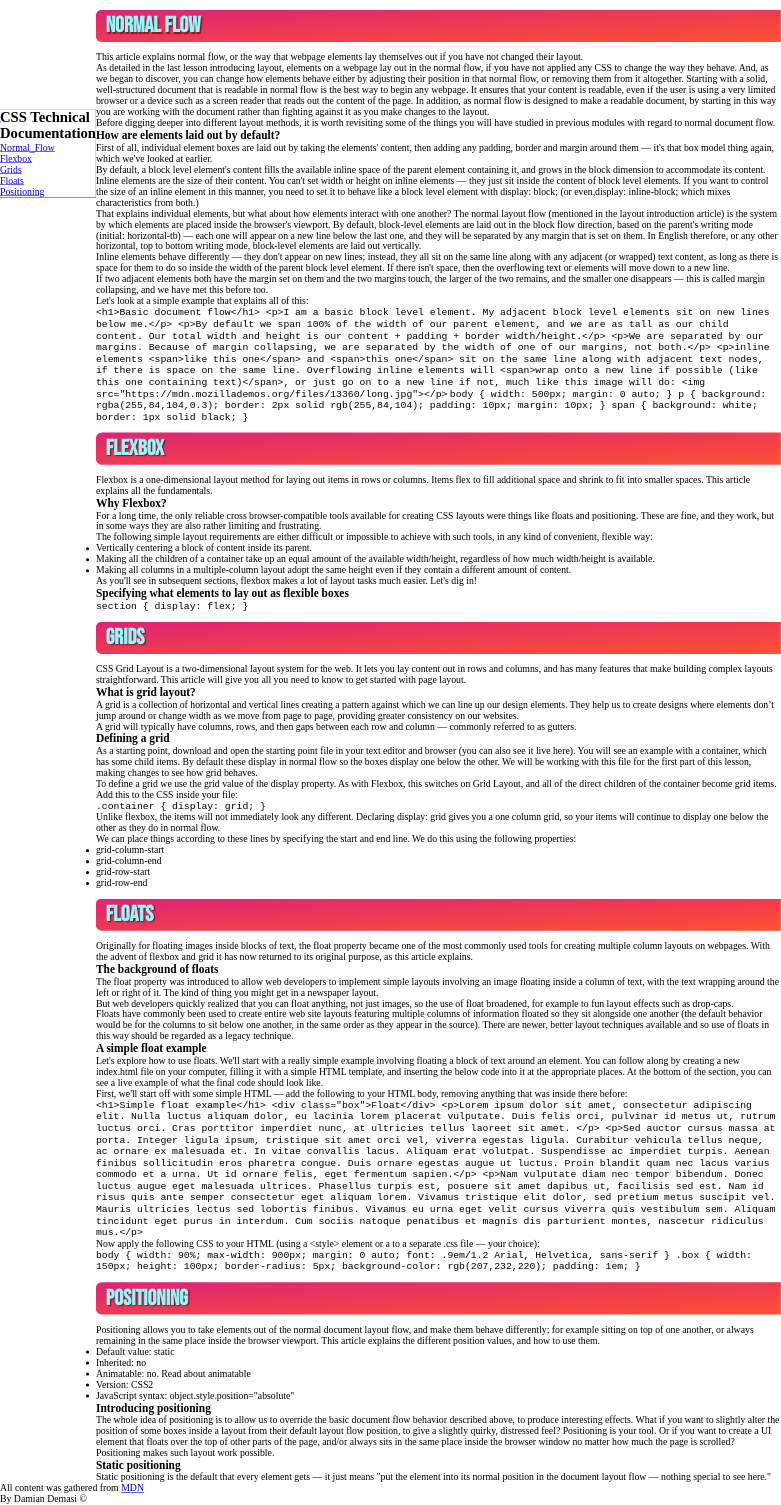
Repository: Colo-Codes/freecodecamp-04-Technical-Documentation-Page
Page: index.html
These files come from the project's save history. The page is drawn as it stood at one moment and after the next save; the edit follows.
The browser window is 1280 px wide. The pictures show the whole page, at 61% of full size.

Above is the page before, as saved 2021-05-21 12:33:58.

After the next save:
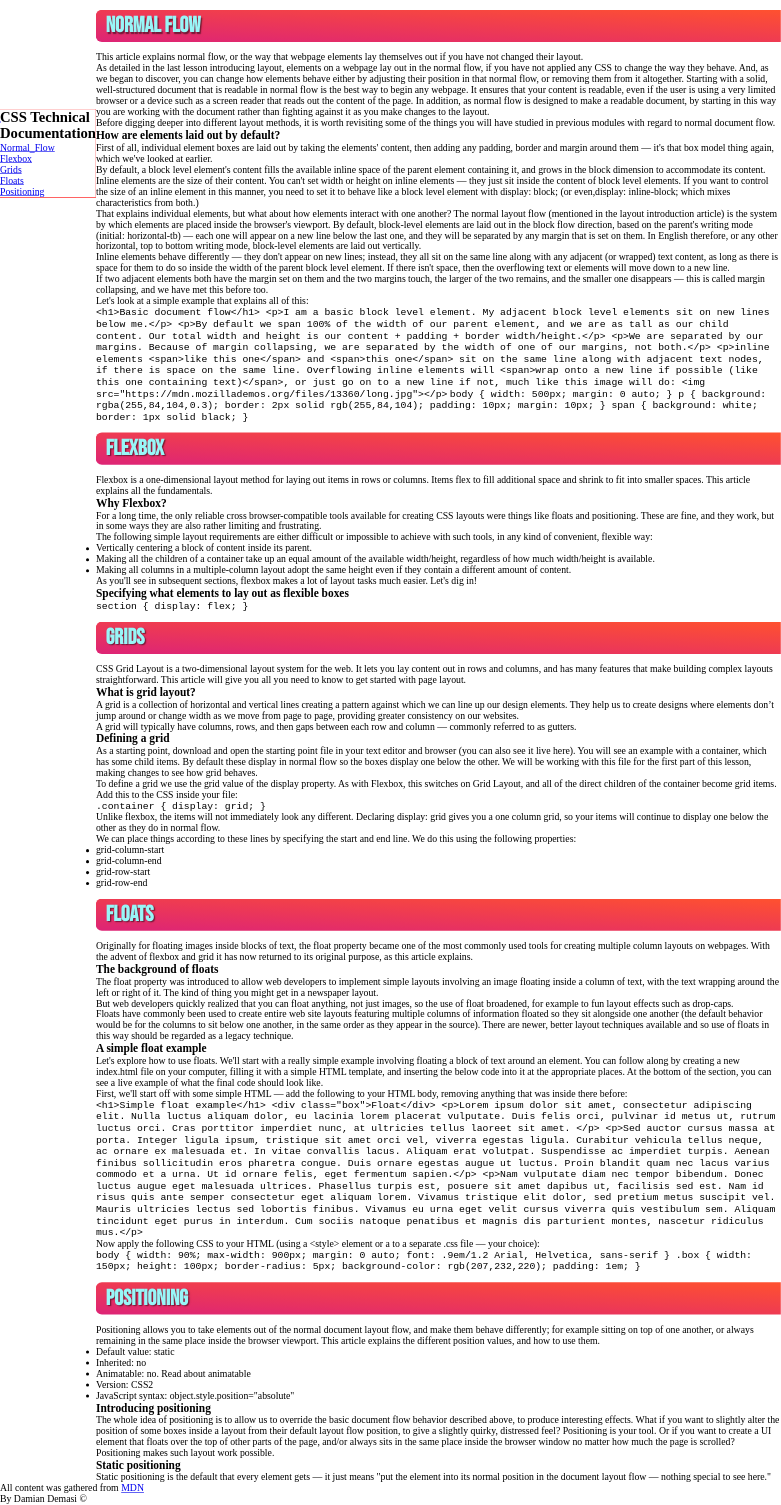
Saved 9 s later.
--- a/resources/css/index.css
+++ b/resources/css/index.css
@@ -48,8 +48,8 @@ main {
     margin: 1rem 0;
     padding: 5px 0 5px 1rem;
     background: #FF512F;  /* fallback for old browsers */
-    background: -webkit-linear-gradient(to bottom right, #DD2476, #FF512F);  /* Chrome 10-25, Safari 5.1-6 */
-    background: linear-gradient(to bottom right, #DD2476, #FF512F); /* W3C, IE 10+/ Edge, Firefox 16+, Chrome 26+, Opera 12+, Safari 7+ */
+    background: -webkit-linear-gradient(to top right, #DD2476, #FF512F);  /* Chrome 10-25, Safari 5.1-6 */
+    background: linear-gradient(to top right, #DD2476, #FF512F); /* W3C, IE 10+/ Edge, Firefox 16+, Chrome 26+, Opera 12+, Safari 7+ */
     font-family: 'Bebas Neue', sans-serif;
     text-transform: uppercase;
     font-size: 1.5rem;
